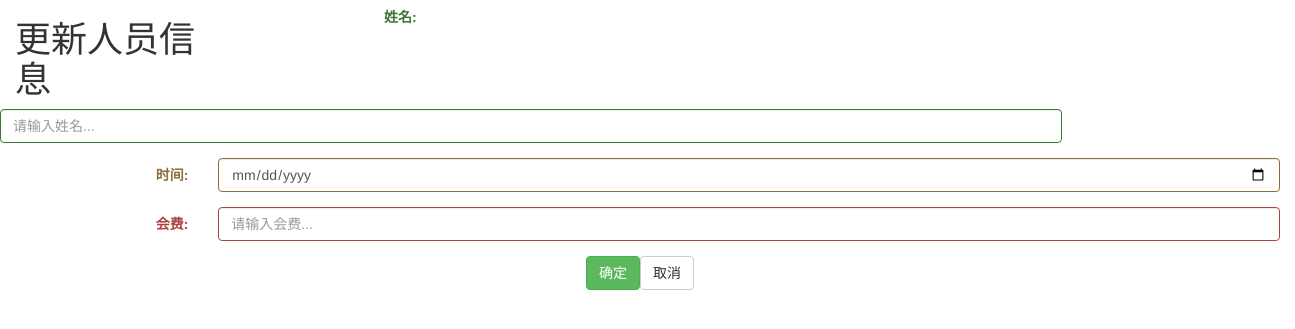
Repository: HelloChuang/HelloChuang-EclipseWorkSpace
Page: http://localhost/RetestServlet2/user_add.jsp
An editor plug-in stored every save of this project. The page is shown before and after the next save, followed by the edit.
The browser window is 1280 px wide. The page is 1295 px wide, so the pictures cover 1295 px, including what lies to the right of the window. The pictures show the whole page.
The page is served by Tomcat 9. Other server files are loaded and not shown.

Above is the page before, as saved 2018-10-31 06:57:33.

### EclipseWorkSpace/RetestServlet2/WebContent/user_add.jsp
<%@ page language="java" contentType="text/html; charset=UTF-8"
    pageEncoding="UTF-8"%>
<!DOCTYPE>
<html>
<head>
<meta http-equiv="Content-Type" content="text/html; charset=UTF-8">
<link rel="stylesheet" type="text/css" href="${pageContext.request.contextPath}/css/bootstrap.min.css">
<script type="text/javascript"  href="${pageContext.request.contextPath}/js/jquery-1.9.1.js"></script>
<script type="text/javascript"  href="${pageContext.request.contextPath}/js/bootstrap.min.js"></script>
<title>首页</title>
</head>
<body>
<div class="col-sm-2" ><h1>更新人员信息</h1></div>
<form class="form-horizontal" role="form" action="AddUserAction">
<div class="form-group has-success">
    <label class="col-sm-2 control-label" for="inputSuccess">姓名:</label>
    <div class="col-sm-10">
      <input type="text" class="form-control" name="uname"required="required" placeholder="请输入姓名...">
    </div>
  </div>
  <div class="form-group has-warning">
    <label class="col-sm-2 control-label" for="inputWarning">时间:</label>
    <div class="col-sm-10">
      <input type="date" class="form-control"name="udate" id="inputWarning" required="required"placeholder="请输入入会时间...">
    </div>
  </div>
  <div class="form-group has-error">
    <label class="col-sm-2 control-label" for="inputError">会费:</label>
    <div class="col-sm-10">
      <input type="number"name="umoney" class="form-control" id="inputError" required="required"placeholder="请输入会费...">
    </div>
  </div>

  <div align="center"><button type="submit" class="btn btn-success">确定</button><button type="reset"class="btn btn-default">取消</button></div>
</body>
</html>

Loaded but not shown: EclipseWorkSpace/RetestServlet2/WebContent/css/bootstrap.min.css (library)

After the next save:
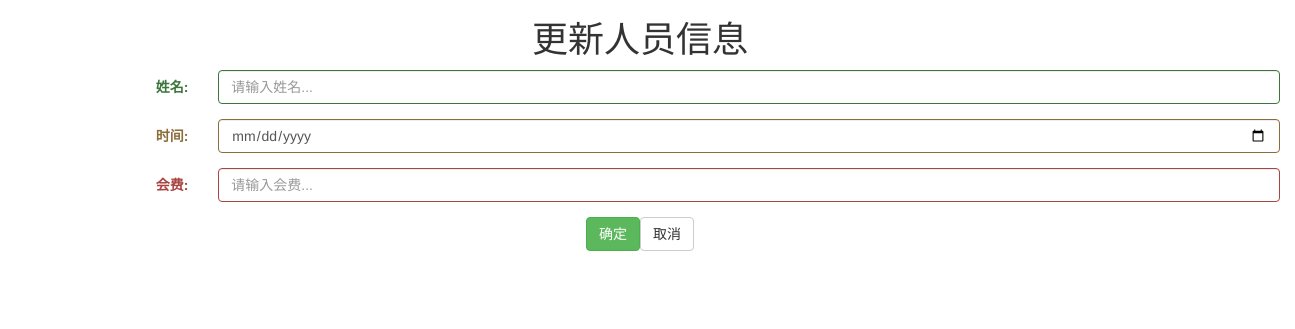
Saved 15 s later.
--- a/EclipseWorkSpace/RetestServlet2/WebContent/user_add.jsp
+++ b/EclipseWorkSpace/RetestServlet2/WebContent/user_add.jsp
@@ -10,7 +10,7 @@
 <title>首页</title>
 </head>
 <body>
-<div class="col-sm-2" ><h1>更新人员信息</h1></div>
+<div align="center" ><h1>更新人员信息</h1></div>
 <form class="form-horizontal" role="form" action="AddUserAction">
 <div class="form-group has-success">
     <label class="col-sm-2 control-label" for="inputSuccess">姓名:</label>
